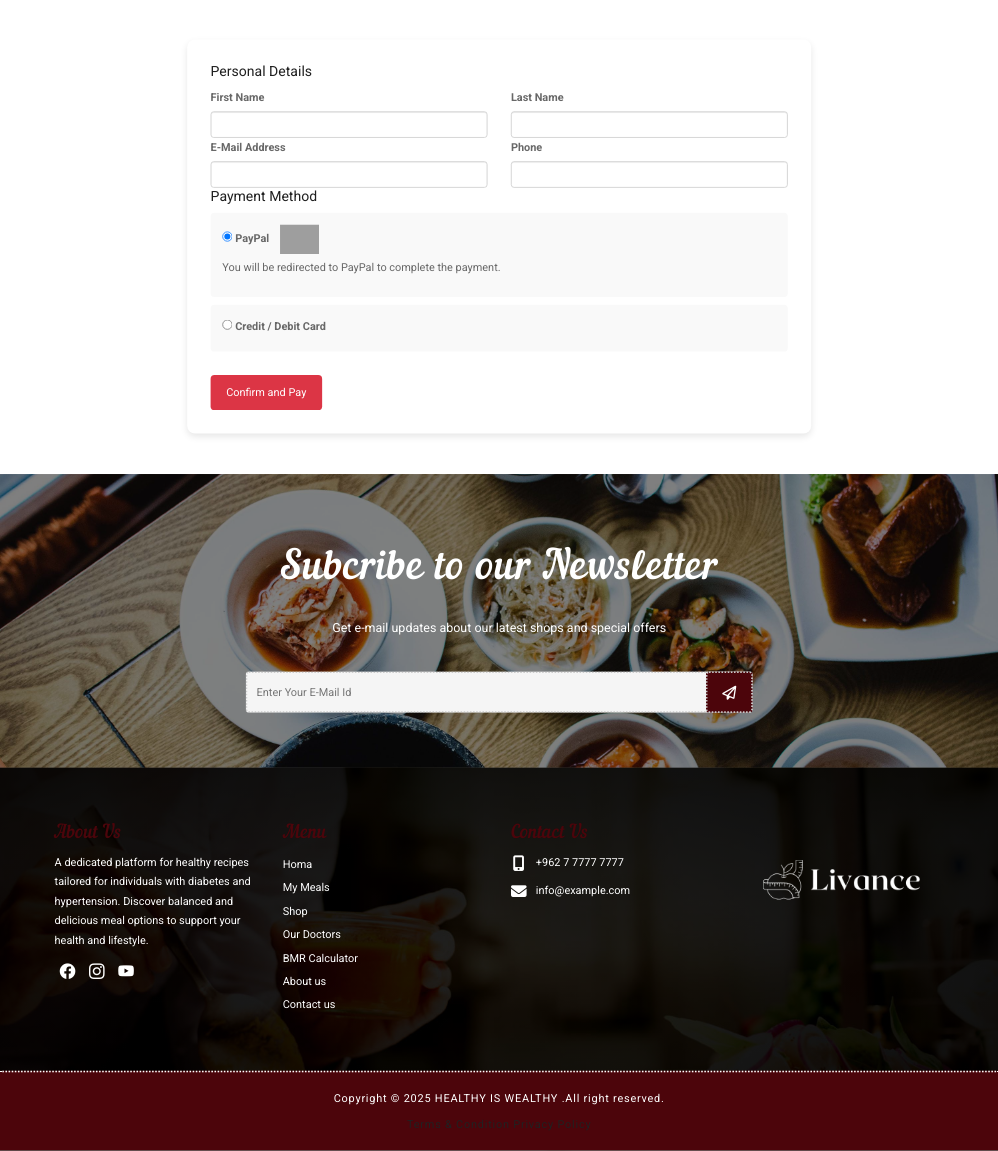
Repository: Surahailat/masterpiece
Page: masterpiece-p1/Payment .html
These files come from the project's save history. The page is drawn as it stood at one moment and after a run of saves; the edit follows.
The browser window is 1280 px wide. The pictures show the part of the page from y = 360 to 1850 px (the page is 1835 px tall before and 1850 px after), at 78% of full size.
Pictures or frames that could not be fetched are drawn as grey boxes. Backgrounds fixed to the window are drawn as part of the page. Some web fonts or font styles are not loaded; a fallback is used. Some web libraries are served in a nearby version.

Above is the page before, as saved 2025-02-08 19:14:25.

After the next 5 saves:
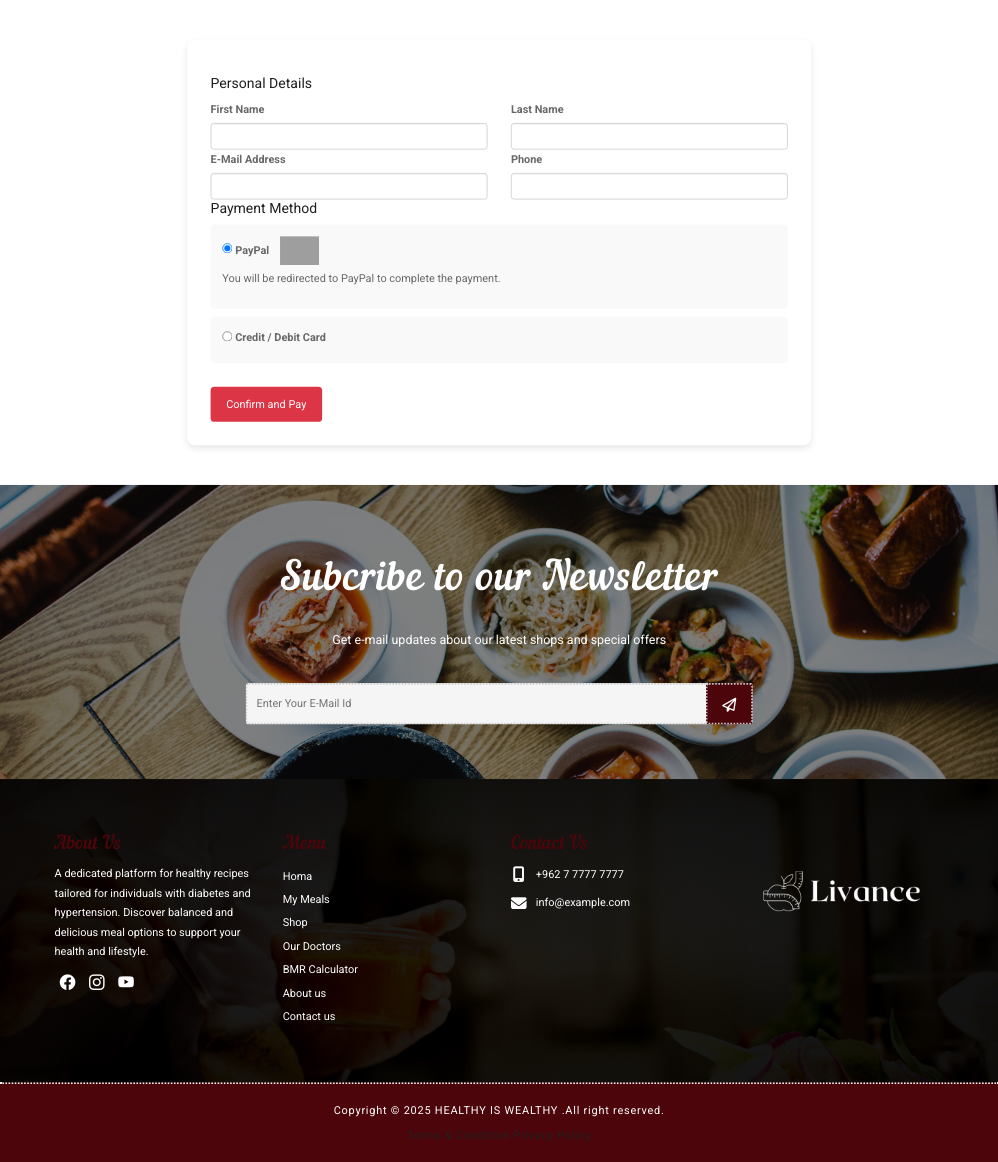
The 5 saves are shown as one change because they came seconds apart.
The last was saved 102 s later.
--- a/masterpiece-p1/Payment .html
+++ b/masterpiece-p1/Payment .html
@@ -125,7 +125,7 @@
 
 <section class="payment-section">
     <div class="container4">
-        <h3 class="mb-4">Personal Details</h3>
+        <h3 class="mb-4" style="padding-top: 2%;">Personal Details</h3>
         <div class="row g-3">
             <div class="col-md-6">
                 <label for="firstName" class="form-label">First Name</label>
